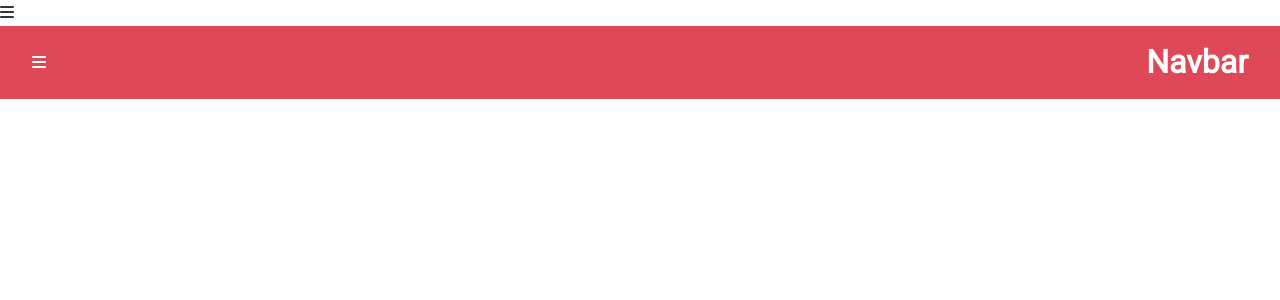
Repository: madebymt/github-finder
Page: /
An editor plug-in stored every save of this project. The page is shown before and after the next save, followed by the edit.
The browser window is 1280 px wide. The pictures show the whole page.
Some web libraries are served in a nearby version. The project was rebuilt for these pictures with package versions that can differ from the ones it lists, and the page was loaded fresh each time.

Above is the page before, as saved 2019-07-06 10:54:29.

After the next save:
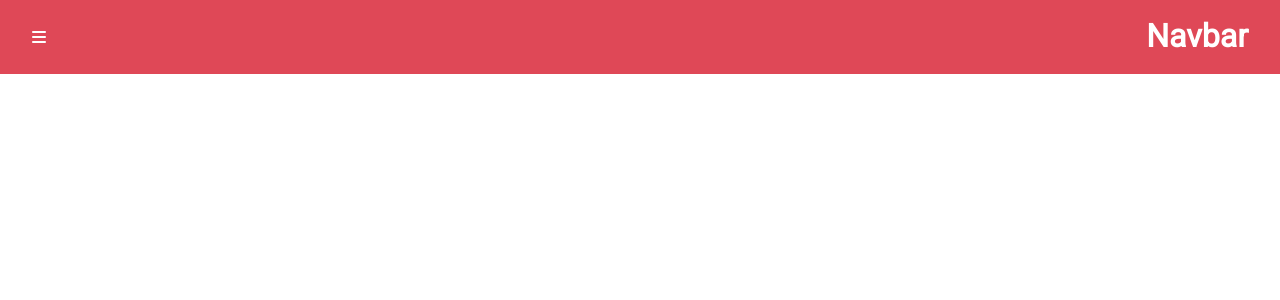
Saved 10 s later.
--- a/src/App.js
+++ b/src/App.js
@@ -6,7 +6,6 @@
   render() {
     return (
       <div className='App'>
-        <i class='fas fa-bars' />
         <Navbar />
       </div>
     );
